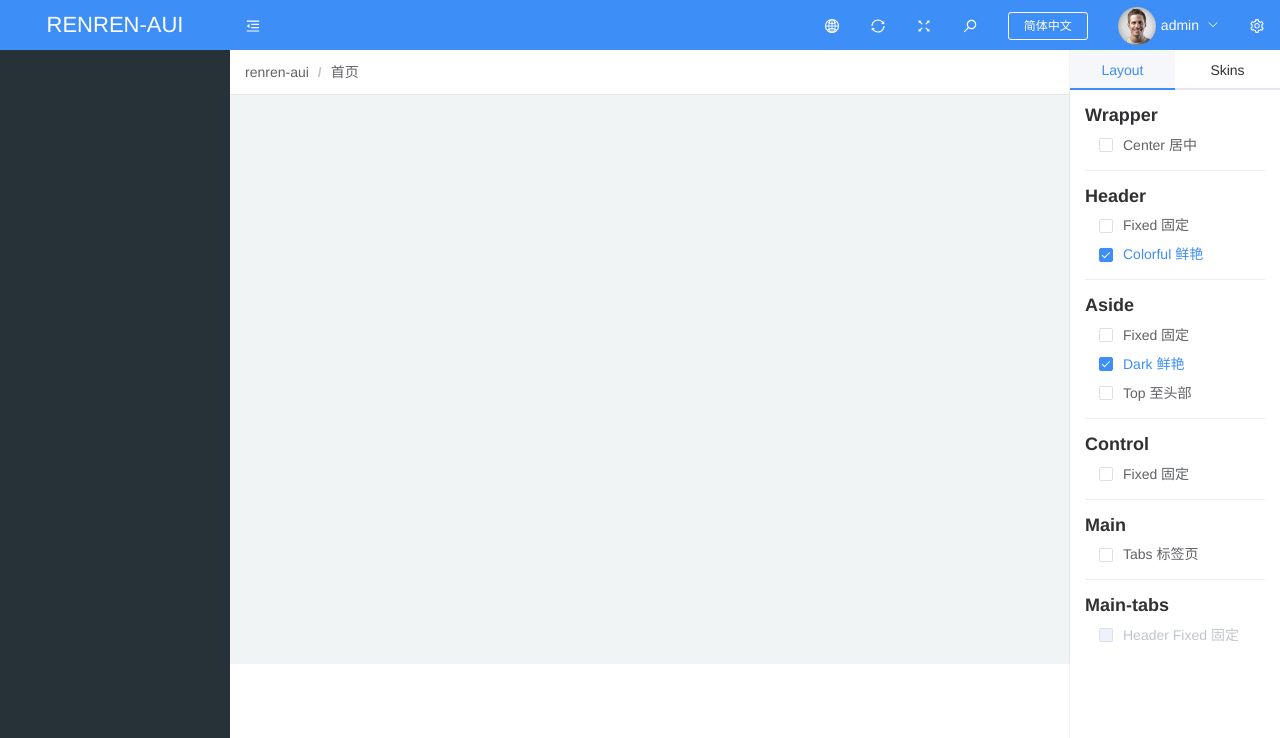
Repository: liuhao0813/aui
Page: /
These files come from the project's save history. The page is drawn as it stood at one moment and after a run of saves; the edit follows.
The browser window is 1280 px wide. The pictures show the whole page.
The project was rebuilt for these pictures with package versions that can differ from the ones it lists, and the page was loaded fresh each time. Also part of the build but not shown: src/views/Main.vue, src/assets/icons/iconfont.js.

Above is the page before, as saved 2018-12-05 21:45:51.

After the next 2 saves:
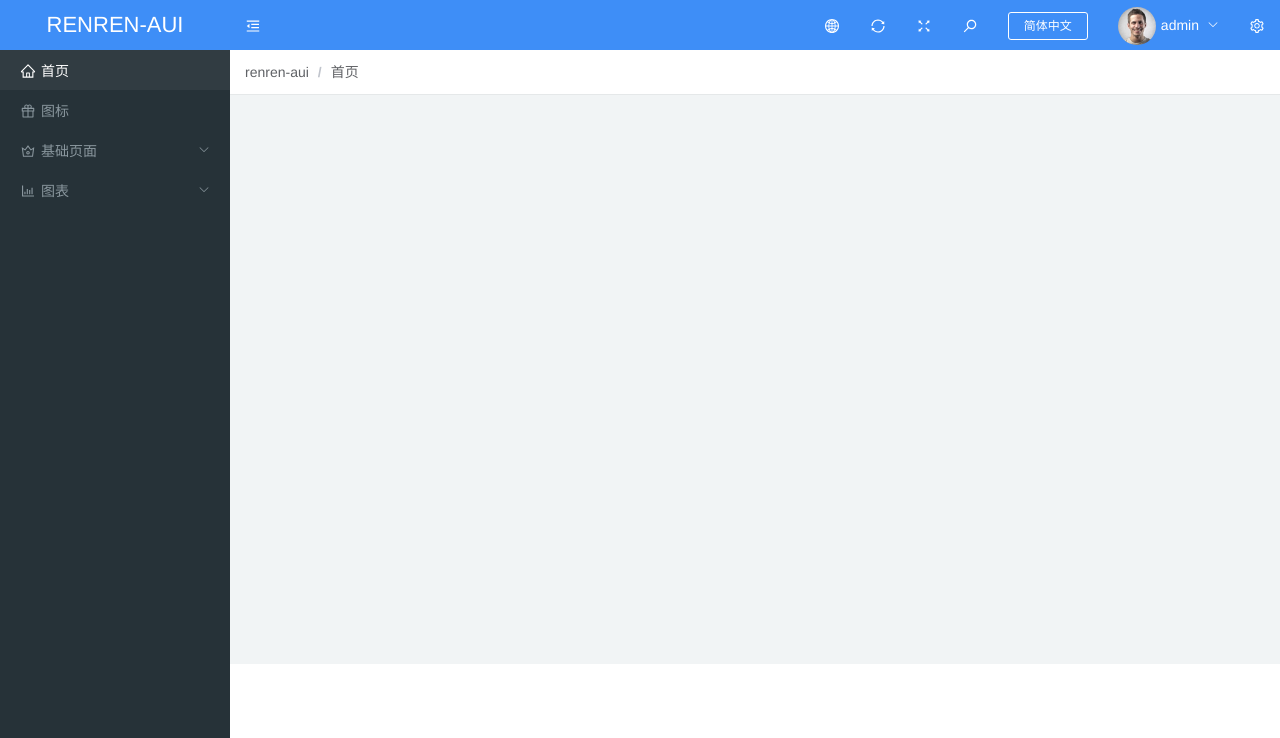
The 2 saves are shown as one change because they came seconds apart.
The last was saved 58 s later.
--- a/src/store/index.js
+++ b/src/store/index.js
@@ -26,13 +26,13 @@ export default new Vuex.Store({
     // 侧边, 至头部状态
     asideTop: false,
     // 侧边, 菜单显示状态 (控制台“至头部”操作时, el-menu组件需根据mode属性重新渲染)
-    asideMenuVisible: false,
+    asideMenuVisible: true,
     // 侧边, 菜单选中
     asideMenuActive: 'home',
     // 控制台, 固定状态
     controlFixed: false,
     // 控制台, 打开状态
-    controlOpen: true,
+    controlOpen: false,
     // 控制台, 标签页选中
     controlTabsActive: 'layout',
     // 主内容, 展示类型 (standard 标准 / tabs 标签页)
